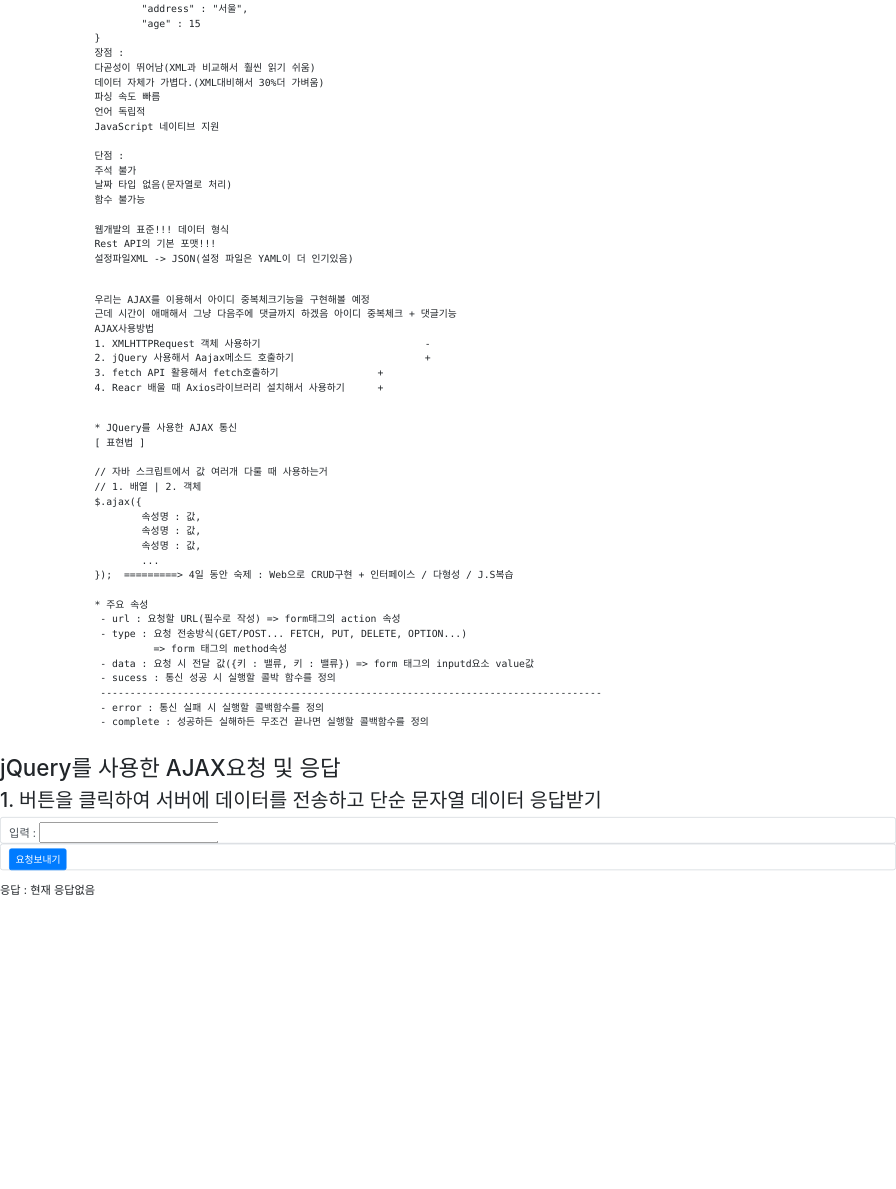
Repository: dltbxkfm86-creator/web
Page: http://localhost/khProject2/study
These files come from the project's save history. The page is drawn as it stood at one moment and after the next save; the edit follows.
The browser window is 1280 px wide. The pictures show the part of the page from y = 1833 to 3753 px (the page is 3532 px tall before and 3753 px after), at 70% of full size.
The page is served by Tomcat 9.

Above is the page before, as saved 2025-10-15 03:11:20.

After the next save:
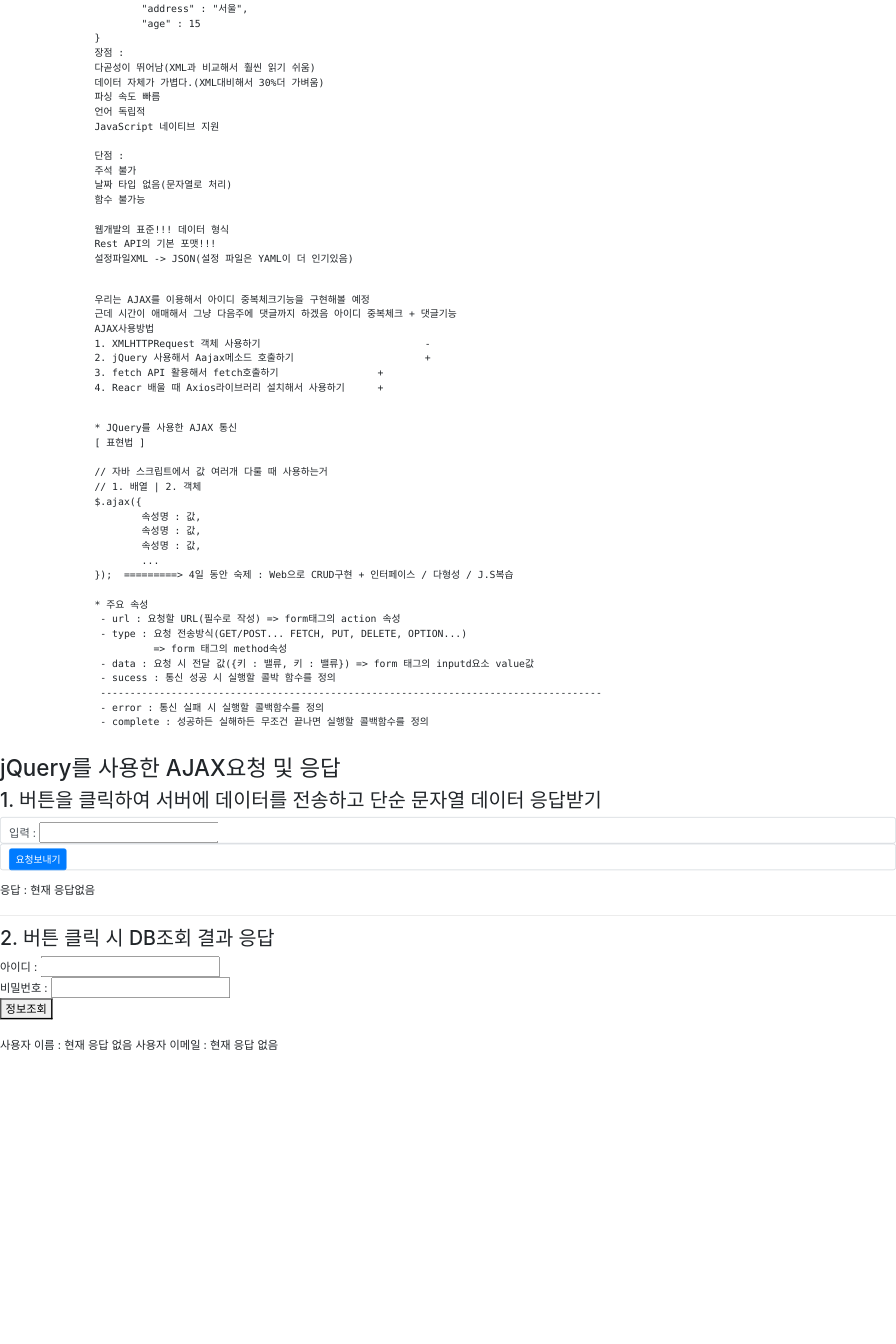
Saved 9 min 13 s later.
--- a/khProject2/src/main/webapp/WEB-INF/views/study/study.jsp
+++ b/khProject2/src/main/webapp/WEB-INF/views/study/study.jsp
@@ -192,6 +192,53 @@
 
 	</script>
 
+	<hr>
+
+	<h3>2. 버튼 클릭 시 DB조회 결과 응답</h3>
+
+	아이디 : <input type="text" id="userId"/> <br>
+	비밀번호 : <input type="password" id="userPwd" /> <br>
+	<button onclick="memberInfo();">정보조회</button>
+
+	<br><br>
+	사용자 이름 : <label id="name">현재 응답 없음</label>
+	사용자 이메일 : <label id="email">현재 응답 없음</label>
+
+	<script>
+		function memberInfo(){
+			$.ajax({
+				url : "ajax2.do",
+				type : "post",
+				data : {
+					id : $("#userId").val(),
+					pwd : $("#userPwd").val()
+				},
+				success : function(){
+					console.log("AJAX요청 성공!");
+				}
+			})
+
+		}
+	</script>
+
+
+
+
+
+
+
+
+
+
+
+
+
+
+
+
+
+
+
 
 <br><br><br><br><br><br><br><br><br><br><br><br><br><br><br><br><br><br>
 </body>
